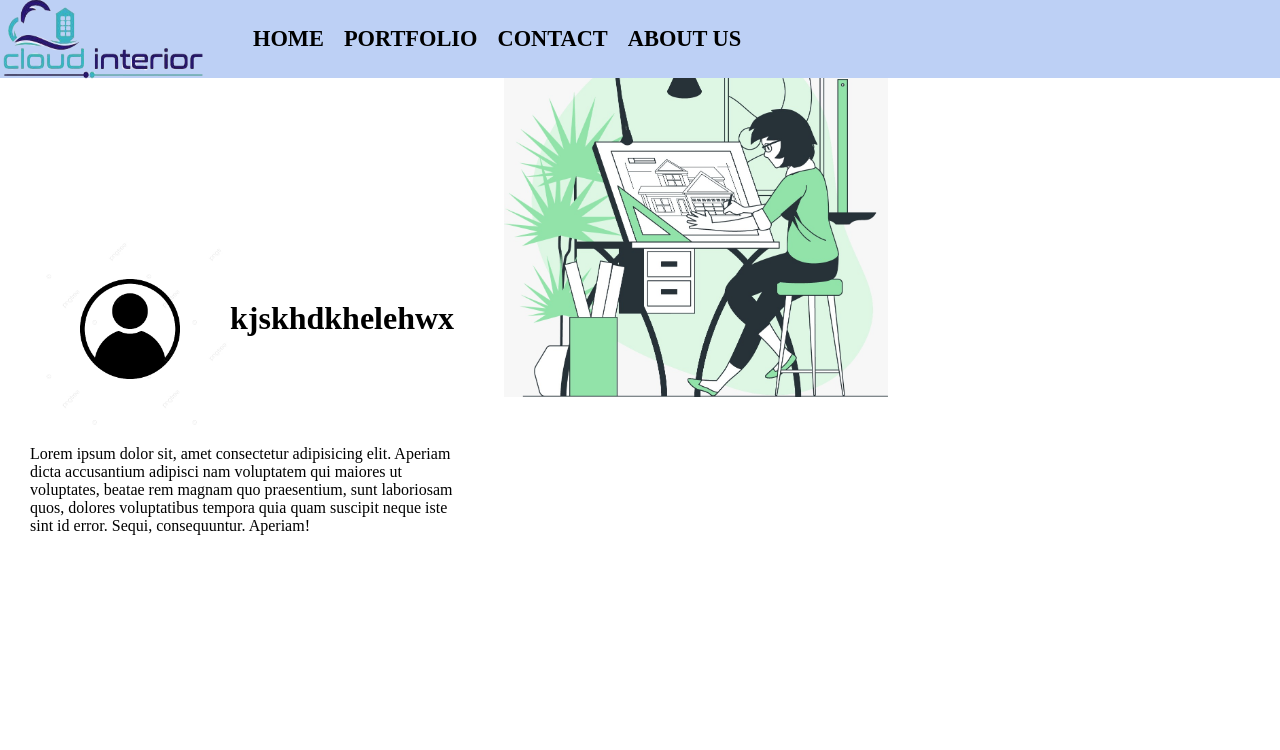
Repository: Ganavid/ganavidgowda.github.io
Page: cloud interior/about.html
The author's editor kept a copy of each file at every save. The page is drawn from the files as they stood at one save, then again after a run of saves.
The browser window is 1280 px wide. The pictures show the whole page.

Above is the page before, as saved 2023-03-04 12:58:36.

After the next 3 saves:
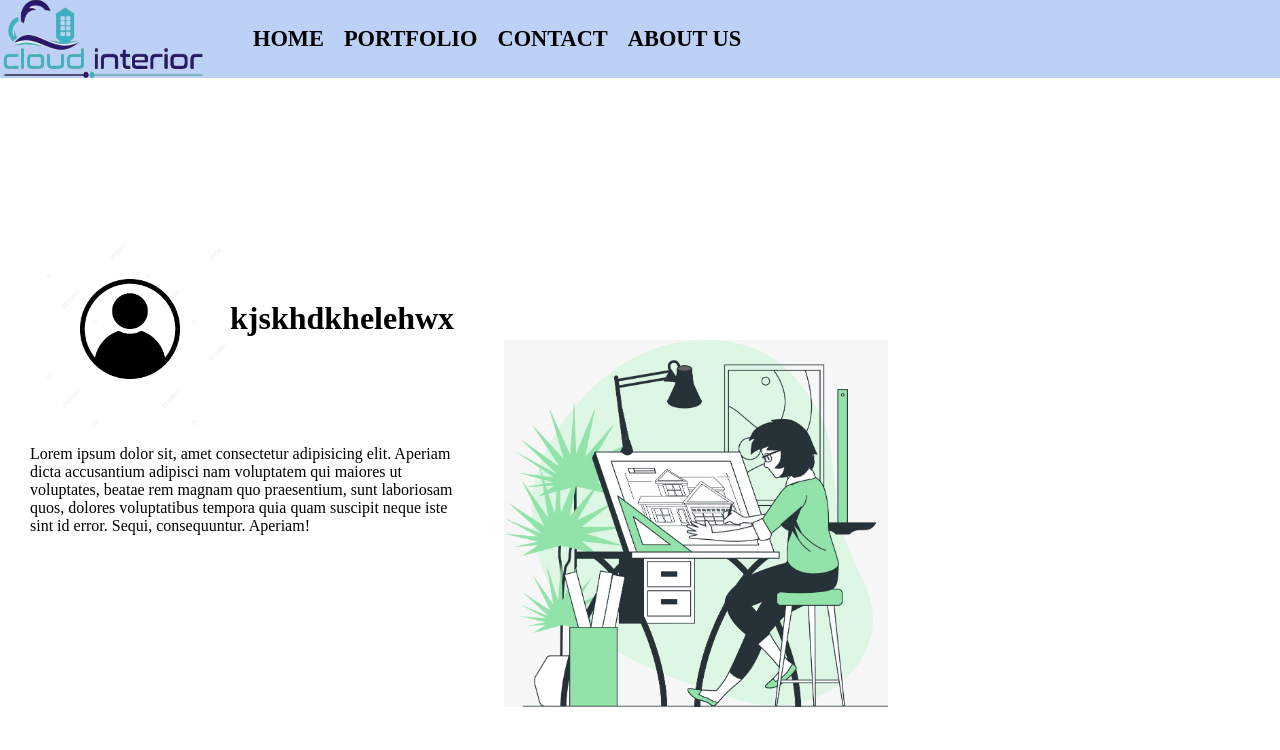
The 3 saves are shown as one change because they came seconds apart.
The last was saved 15 s later.
--- a/cloud interior/about.css
+++ b/cloud interior/about.css
@@ -93,7 +93,7 @@ nav {
     margin: 50px;
     width: 60%;
     margin-top: 0%;
-    justify-self: flex-end;
+    align-self: flex-end;
 }
 
 #namge{
